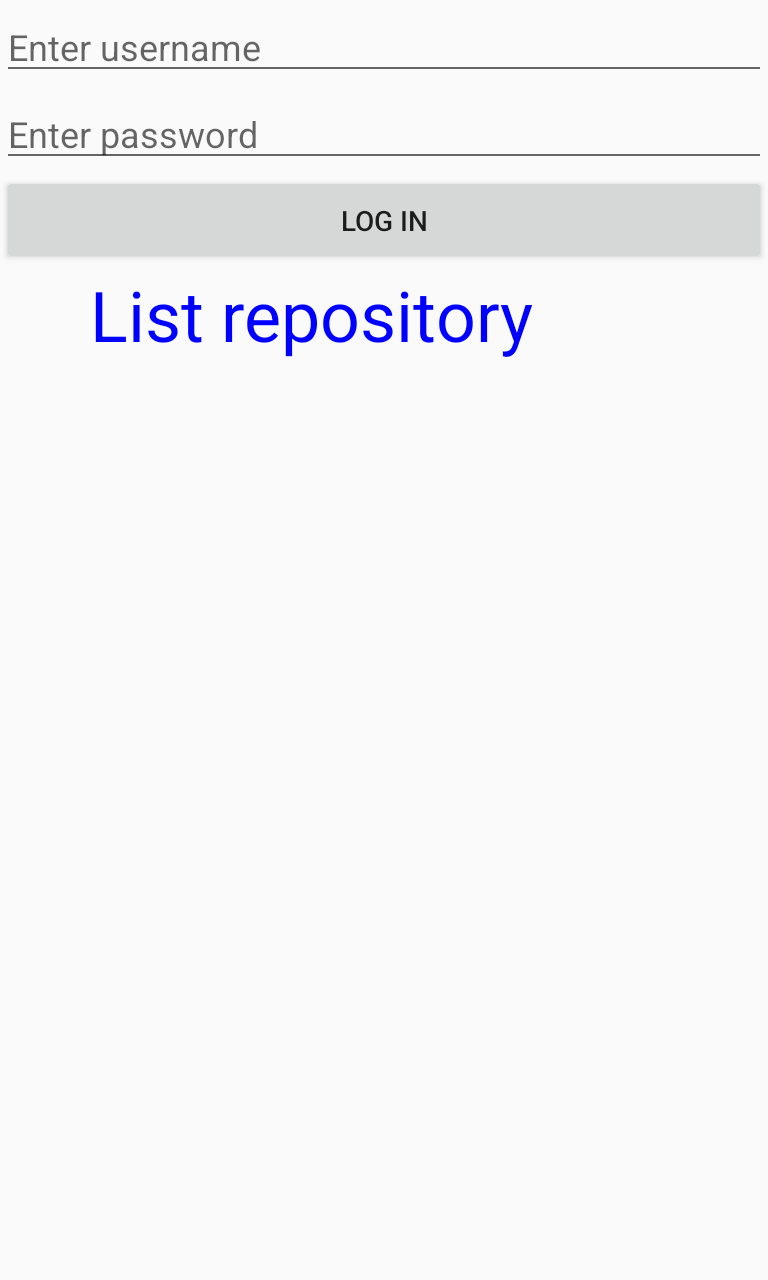
Repository: alexWr/app-rest
Layout: GitHubapp/res/layout/activity_main.xml
The author's editor kept a copy of each file at every save. The layout is drawn from the files as they stood at one save, then again after the next save.
It is drawn on a 768 x 1280 px phone screen (xhdpi) without system bars, with theme AppTheme; the app's code is not run.

Above is the layout before, as saved 2014-10-23 12:02:20.

After the next save:
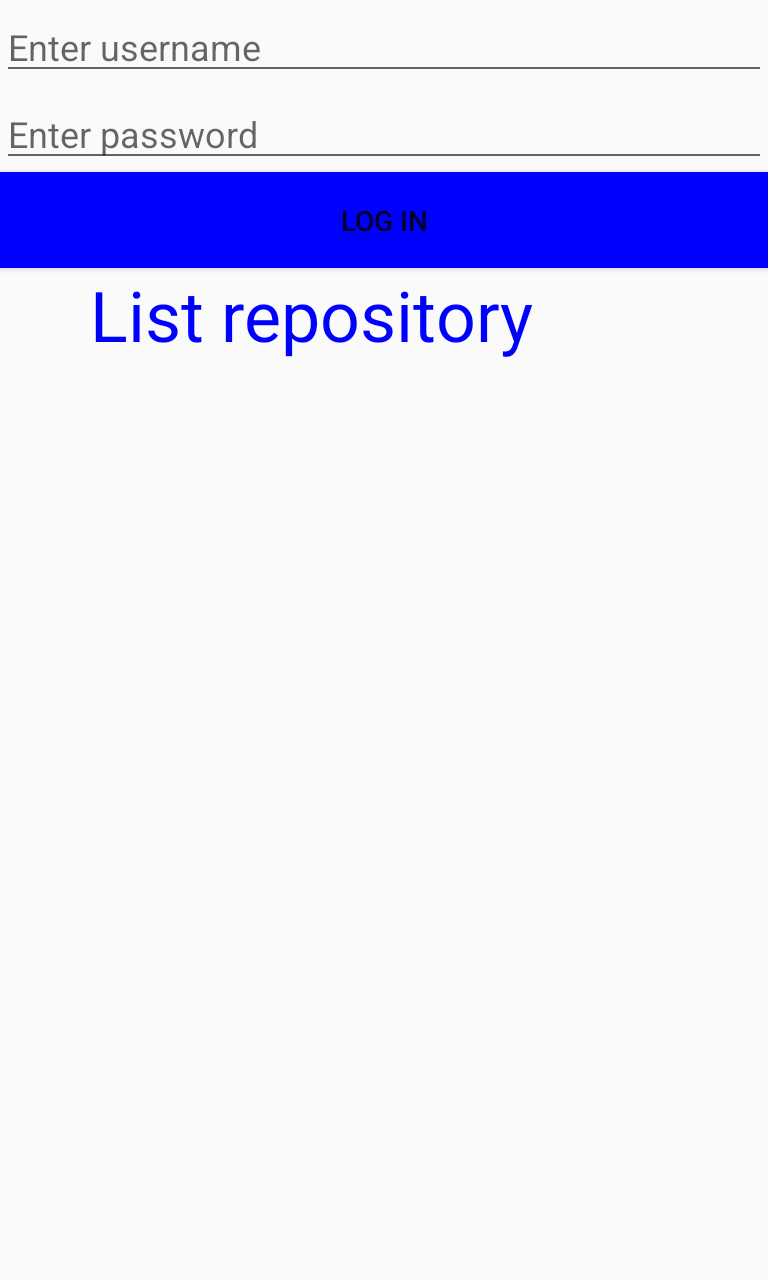
Saved 2 min 15 s later.
--- a/GitHubapp/res/layout/activity_main.xml
+++ b/GitHubapp/res/layout/activity_main.xml
@@ -26,6 +26,7 @@
 	    android:id="@+id/btnLogin"
 	    android:layout_width="match_parent"
 	    android:layout_height="wrap_content"
+	    android:background="#0000ff"
 	    android:text="Log In" >
 	</Button>
 	<TextView
